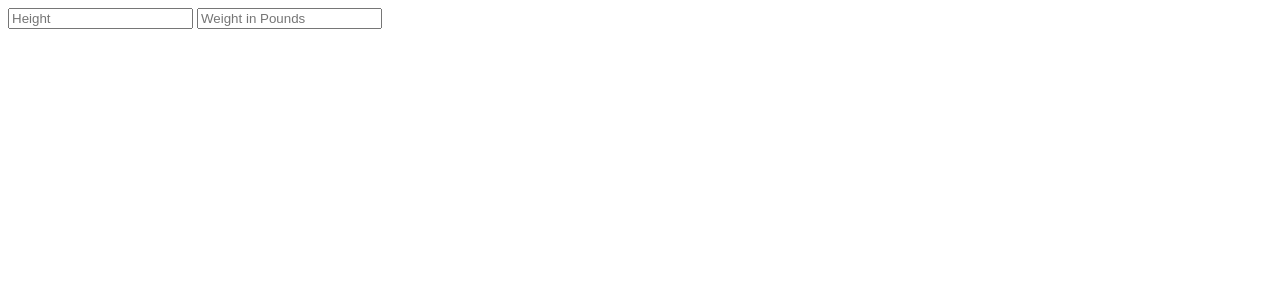
Repository: mjcanon4/express-add
Page: BMI Calculator/bmiCalc.html
These files come from the project's save history. The page is drawn as it stood at one moment and after the next save; the edit follows.
The browser window is 1280 px wide. The pictures show the whole page.

Above is the page before, as saved 2021-02-15 13:40:55.

### BMI Calculator/bmiCalc.html
<!DOCTYPE html>
<html lang="en">
  <head>
    <meta charset="UTF-8" />
    <meta name="viewport" content="width=device-width, initial-scale=1.0" />
    <title>BMI Calculator</title>
  </head>
  <body>
    <form action="/" method="post">
      <input type="text" name="height" placeholder="Height" />
      <input type="text" name="weight" placeholder="Weight in Pounds" />
    </form>
  </body>
</html>

After the next save:
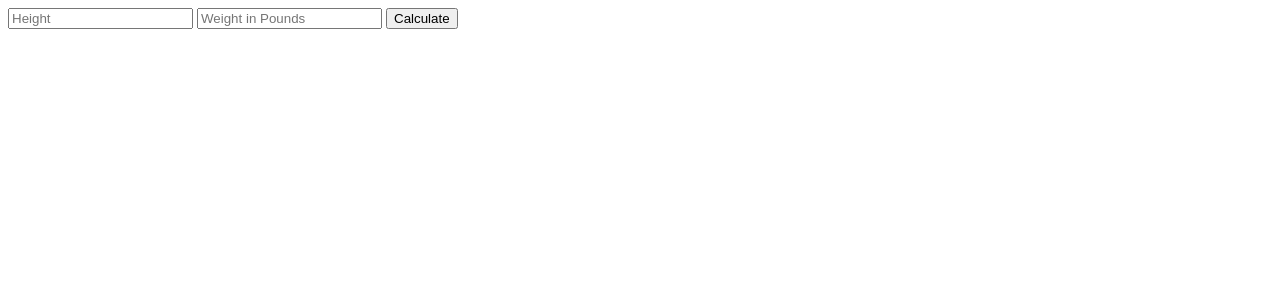
Saved 24 s later.
--- a/BMI Calculator/bmiCalc.html
+++ b/BMI Calculator/bmiCalc.html
@@ -9,6 +9,7 @@
     <form action="/" method="post">
       <input type="text" name="height" placeholder="Height" />
       <input type="text" name="weight" placeholder="Weight in Pounds" />
+      <button type="submit">Calculate</button>
     </form>
   </body>
 </html>
